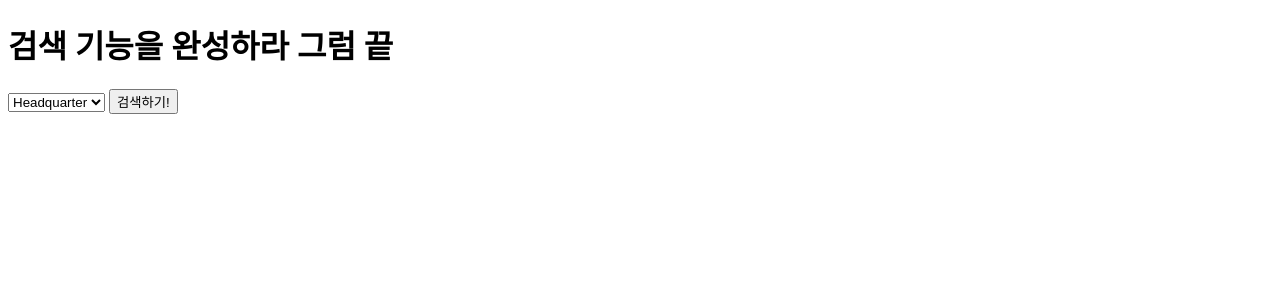
Repository: CISXO/JSP
Page: http://localhost/DB_Project/DB/Search.jsp
An editor plug-in stored every save of this project. The page is shown before and after the next save, followed by the edit.
The browser window is 1280 px wide. The pictures show the whole page.
The page is served by Tomcat 9.

Above is the page before, as saved 2022-12-21 23:31:34.

After the next save:
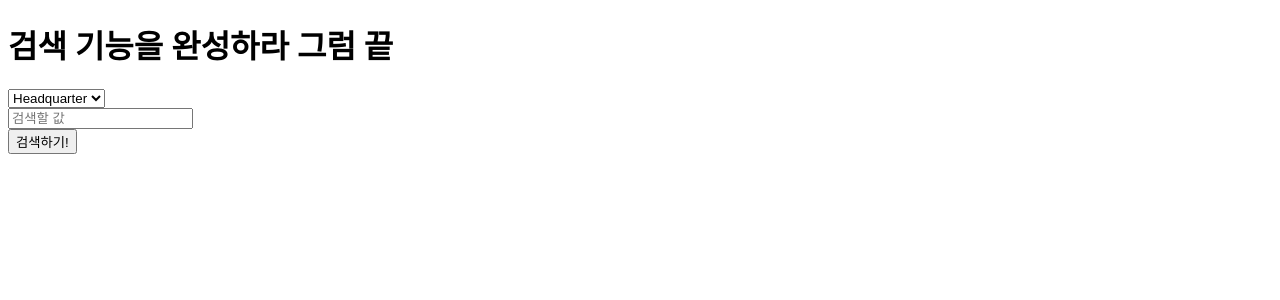
Saved 4 min 26 s later.
--- a/DbProject/DB_Project/src/main/webapp/DB/Search.jsp
+++ b/DbProject/DB_Project/src/main/webapp/DB/Search.jsp
@@ -20,6 +20,9 @@
         <option>vehicle</option>
         <option>connect</option>
       </select>
+       <div class="row">
+        <input name="searchText" type="text" placeHolder="검색할 값">
+        </div>
       <button>검색하기!</button>
         </div>
 
